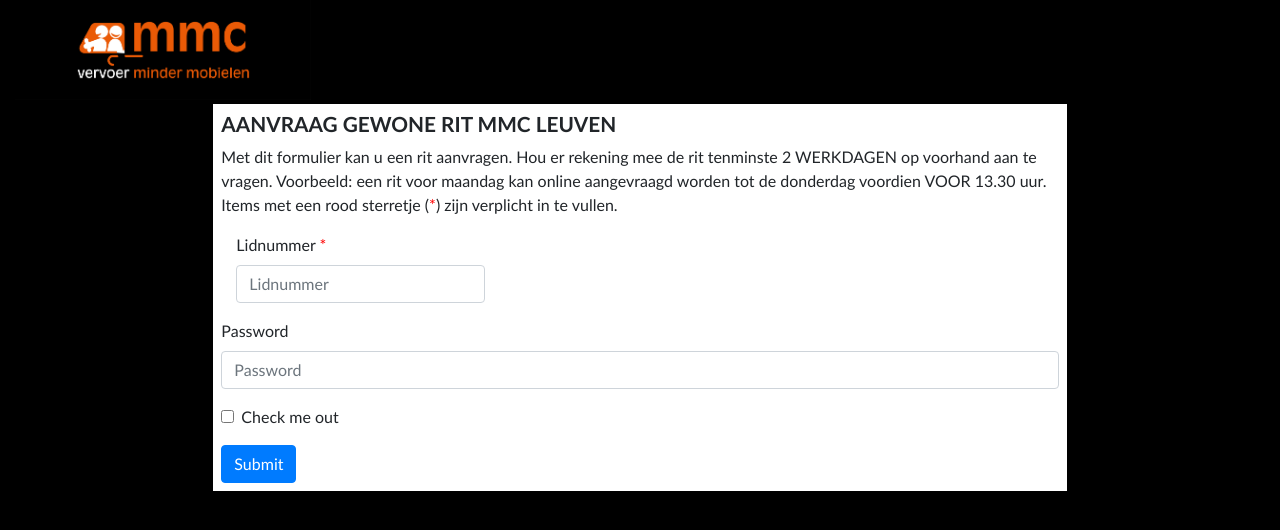
Repository: tclaes/vera
Page: index.html
The author's editor kept a copy of each file at every save. The page is drawn from the files as they stood at one save, then again after the next save.
The browser window is 1280 px wide. The pictures show the whole page.

Above is the page before, as saved 2018-11-12 15:38:38.

### index.html
<!doctype html>
<html class="no-js" lang="">

<head>
  <meta charset="utf-8">
  <meta http-equiv="x-ua-compatible" content="ie=edge">
  <title></title>
  <meta name="description" content="">
  <meta name="viewport" content="width=device-width, initial-scale=1, shrink-to-fit=no">

  <link rel="manifest" href="site.webmanifest">
  <link rel="apple-touch-icon" href="icon.png">
  <!-- Place favicon.ico in the root directory -->

  <link rel="stylesheet" href="https://stackpath.bootstrapcdn.com/bootstrap/4.1.3/css/bootstrap.min.css" integrity="sha384-MCw98/SFnGE8fJT3GXwEOngsV7Zt27NXFoaoApmYm81iuXoPkFOJwJ8ERdknLPMO" crossorigin="anonymous">
  <link rel="stylesheet" href="css/main.css">
</head>

<body>
  <!--[if lte IE 9]>
    <p class="browserupgrade">You are using an <strong>outdated</strong> browser. Please <a href="https://browsehappy.com/">upgrade your browser</a> to improve your experience and security.</p>
  <![endif]-->

  <div class="container-fluid">
    <div class="row header">
      <div class="col-md-12">
        <img src="img/logo_MMC_neg_groot.28.jpg" alt="MMC Logo" height="100px">
      </div>
    </div>
    <div class="row d-flex justify-content-center">
      <div class="col-md-8 m-1 p-2 white">
        <h1>AANVRAAG GEWONE RIT MMC LEUVEN</h1>
        <p>Met dit formulier kan u een rit aanvragen. Hou er rekening mee de rit tenminste 2 WERKDAGEN op voorhand aan te vragen.
          Voorbeeld: een rit voor maandag kan online aangevraagd worden tot de donderdag voordien VOOR 13.30 uur.
          Items met een rood sterretje (<span class="red">*</span>) zijn verplicht in te vullen.</p>
        <form>
          <div class="form-group">
            <div class="col-md-3">
              <label for="lidNummer">Lidnummer <span class="red">*</span></label>
            </div>
            <div class="col-md-4">
              <input type="email" class="form-control" id="lidNummer" aria-describedby="lidNummer" placeholder="Lidnummer" required>
            </div>
          </div>
          <div class="form-group">
            <label for="exampleInputPassword1">Password</label>
            <input type="password" class="form-control" id="exampleInputPassword1" placeholder="Password">
          </div>
        <div class="form-group form-check">
          <input type="checkbox" class="form-check-input" id="exampleCheck1">
          <label class="form-check-label" for="exampleCheck1">Check me out</label>
        </div>
        <button type="submit" class="btn btn-primary">Submit</button>
      </form>
    </div>
    </div>
    <div class="row footer"></div>
  </div>



  <script src="https://code.jquery.com/jquery-3.3.1.slim.min.js" integrity="sha384-q8i/X+965DzO0rT7abK41JStQIAqVgRVzpbzo5smXKp4YfRvH+8abtTE1Pi6jizo" crossorigin="anonymous"></script>
<script src="https://cdnjs.cloudflare.com/ajax/libs/popper.js/1.14.3/umd/popper.min.js" integrity="sha384-ZMP7rVo3mIykV+2+9J3UJ46jBk0WLaUAdn689aCwoqbBJiSnjAK/l8WvCWPIPm49" crossorigin="anonymous"></script>
<script src="https://stackpath.bootstrapcdn.com/bootstrap/4.1.3/js/bootstrap.min.js" integrity="sha384-ChfqqxuZUCnJSK3+MXmPNIyE6ZbWh2IMqE241rYiqJxyMiZ6OW/JmZQ5stwEULTy" crossorigin="anonymous"></script>
  <script src="js/vendor/modernizr-3.6.0.min.js"></script>
  <script>window.jQuery || document.write('<script src="js/vendor/jquery-3.3.1.min.js"><\/script>')</script>
  <script src="js/plugins.js"></script>
  <script src="js/main.js"></script>
</body>

</html>

### css/main.css
/*! HTML5 Boilerplate v6.1.0 | MIT License | https://html5boilerplate.com/ */

/*
 * What follows is the result of much research on cross-browser styling.
 * Credit left inline and big thanks to Nicolas Gallagher, Jonathan Neal,
 * Kroc Camen, and the H5BP dev community and team.
 */

/* ==========================================================================
   Base styles: opinionated defaults
   ========================================================================== */

html {
    color: #222;
    font-size: 1em;
    line-height: 1.4;
}

/*
 * Remove text-shadow in selection highlight:
 * https://twitter.com/miketaylr/status/12228805301
 *
 * Vendor-prefixed and regular ::selection selectors cannot be combined:
 * https://stackoverflow.com/a/16982510/7133471
 *
 * Customize the background color to match your design.
 */

::-moz-selection {
    background: #b3d4fc;
    text-shadow: none;
}

::selection {
    background: #b3d4fc;
    text-shadow: none;
}

/*
 * A better looking default horizontal rule
 */

hr {
    display: block;
    height: 1px;
    border: 0;
    border-top: 1px solid #ccc;
    margin: 1em 0;
    padding: 0;
}

/*
 * Remove the gap between audio, canvas, iframes,
 * images, videos and the bottom of their containers:
 * https://github.com/h5bp/html5-boilerplate/issues/440
 */

audio,
canvas,
iframe,
img,
svg,
video {
    vertical-align: middle;
}

/*
 * Remove default fieldset styles.
 */

fieldset {
    border: 0;
    margin: 0;
    padding: 0;
}

/*
 * Allow only vertical resizing of textareas.
 */

textarea {
    resize: vertical;
}

/* ==========================================================================
   Browser Upgrade Prompt
   ========================================================================== */

.browserupgrade {
    margin: 0.2em 0;
    background: #ccc;
    color: #000;
    padding: 0.2em 0;
}

/* ==========================================================================
   Author's custom styles
   ========================================================================== */

   body {
     background: black;
     font-family: 'Trebuchet MS', 'Lucida Sans Unicode', 'Lucida Grande', 'Lucida Sans', Arial, sans-serif;
   }

   h1 {
     font-size: 1.3rem;
     font-weight: 700;
   }

   .white {
     background-color: white;
   }

   .red {
     color: red;
   }


















/* ==========================================================================
   Helper classes
   ========================================================================== */

/*
 * Hide visually and from screen readers
 */

.hidden {
    display: none !important;
}

/*
 * Hide only visually, but have it available for screen readers:
 * https://snook.ca/archives/html_and_css/hiding-content-for-accessibility
 *
 * 1. For long content, line feeds are not interpreted as spaces and small width
 *    causes content to wrap 1 word per line:
 *    https://medium.com/@jessebeach/beware-smushed-off-screen-accessible-text-5952a4c2cbfe
 */

.visuallyhidden {
    border: 0;
    clip: rect(0 0 0 0);
    height: 1px;
    margin: -1px;
    overflow: hidden;
    padding: 0;
    position: absolute;
    width: 1px;
    white-space: nowrap; /* 1 */
}

/*
 * Extends the .visuallyhidden class to allow the element
 * to be focusable when navigated to via the keyboard:
 * https://www.drupal.org/node/897638
 */

.visuallyhidden.focusable:active,
.visuallyhidden.focusable:focus {
    clip: auto;
    height: auto;
    margin: 0;
    overflow: visible;
    position: static;
    width: auto;
    white-space: inherit;
}

/*
 * Hide visually and from screen readers, but maintain layout
 */

.invisible {
    visibility: hidden;
}

/*
 * Clearfix: contain floats
 *
 * For modern browsers
 * 1. The space content is one way to avoid an Opera bug when the
 *    `contenteditable` attribute is included anywhere else in the document.
 *    Otherwise it causes space to appear at the top and bottom of elements
 *    that receive the `clearfix` class.
 * 2. The use of `table` rather than `block` is only necessary if using
 *    `:before` to contain the top-margins of child elements.
 */

.clearfix:before,
.clearfix:after {
    content: " "; /* 1 */
    display: table; /* 2 */
}

.clearfix:after {
    clear: both;
}

/* ==========================================================================
   EXAMPLE Media Queries for Responsive Design.
   These examples override the primary ('mobile first') styles.
   Modify as content requires.
   ========================================================================== */

@media only screen and (min-width: 35em) {
    /* Style adjustments for viewports that meet the condition */
}

@media print,
       (-webkit-min-device-pixel-ratio: 1.25),
       (min-resolution: 1.25dppx),
       (min-resolution: 120dpi) {
    /* Style adjustments for high resolution devices */
}

/* ==========================================================================
   Print styles.
   Inlined to avoid the additional HTTP request:
   https://www.phpied.com/delay-loading-your-print-css/
   ========================================================================== */

@media print {
    *,
    *:before,
    *:after {
        background: transparent !important;
        color: #000 !important; /* Black prints faster */
        -webkit-box-shadow: none !important;
        box-shadow: none !important;
        text-shadow: none !important;
    }

    a,
    a:visited {
        text-decoration: underline;
    }

    a[href]:after {
        content: " (" attr(href) ")";
    }

    abbr[title]:after {
        content: " (" attr(title) ")";
    }

    /*
     * Don't show links that are fragment identifiers,
     * or use the `javascript:` pseudo protocol
     */

    a[href^="#"]:after,
    a[href^="javascript:"]:after {
        content: "";
    }

    pre {
        white-space: pre-wrap !important;
    }
    pre,
    blockquote {
        border: 1px solid #999;
        page-break-inside: avoid;
    }

    /*
     * Printing Tables:
     * http://css-discuss.incutio.com/wiki/Printing_Tables
     */

    thead {
        display: table-header-group;
    }

    tr,
    img {
        page-break-inside: avoid;
    }

    p,
    h2,
    h3 {
        orphans: 3;
        widows: 3;
    }

    h2,
    h3 {
        page-break-after: avoid;
    }
}

### js/plugins.js
// Avoid `console` errors in browsers that lack a console.
(function() {
  var method;
  var noop = function () {};
  var methods = [
    'assert', 'clear', 'count', 'debug', 'dir', 'dirxml', 'error',
    'exception', 'group', 'groupCollapsed', 'groupEnd', 'info', 'log',
    'markTimeline', 'profile', 'profileEnd', 'table', 'time', 'timeEnd',
    'timeline', 'timelineEnd', 'timeStamp', 'trace', 'warn'
  ];
  var length = methods.length;
  var console = (window.console = window.console || {});

  while (length--) {
    method = methods[length];

    // Only stub undefined methods.
    if (!console[method]) {
      console[method] = noop;
    }
  }
}());

// Place any jQuery/helper plugins in here.

Loaded but not shown: js/vendor/modernizr-3.6.0.min.js (library); js/main.js (no stored copy; drawn as an empty file)

After the next save:
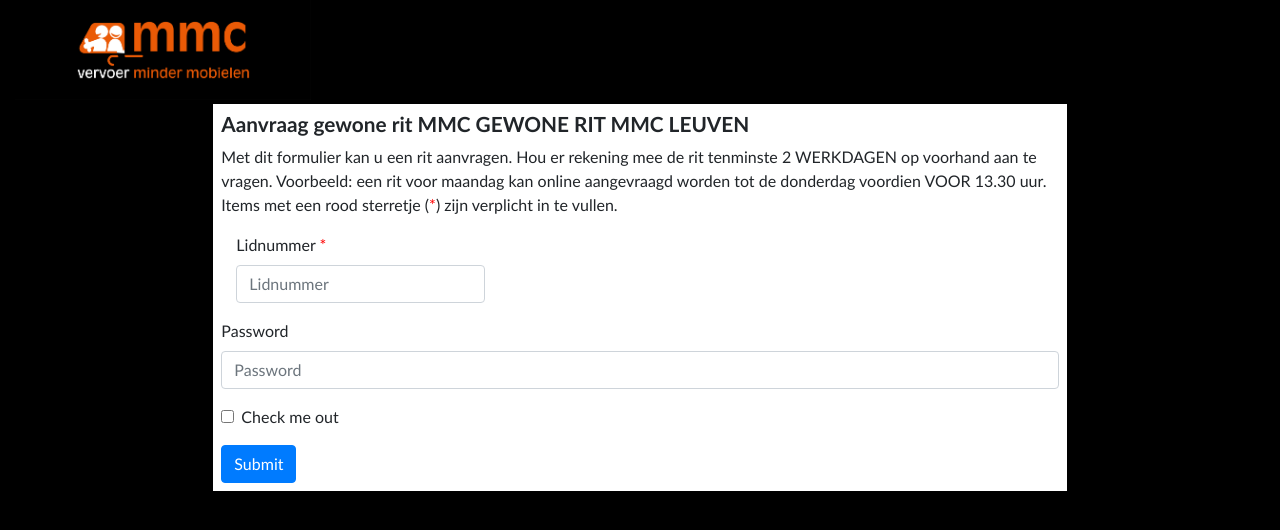
Saved 48 s later.
--- a/index.html
+++ b/index.html
@@ -29,7 +29,7 @@
     </div>
     <div class="row d-flex justify-content-center">
       <div class="col-md-8 m-1 p-2 white">
-        <h1>AANVRAAG GEWONE RIT MMC LEUVEN</h1>
+        <h1>Aanvraag gewone rit MMC GEWONE RIT MMC LEUVEN</h1>
         <p>Met dit formulier kan u een rit aanvragen. Hou er rekening mee de rit tenminste 2 WERKDAGEN op voorhand aan te vragen.
           Voorbeeld: een rit voor maandag kan online aangevraagd worden tot de donderdag voordien VOOR 13.30 uur.
           Items met een rood sterretje (<span class="red">*</span>) zijn verplicht in te vullen.</p>
